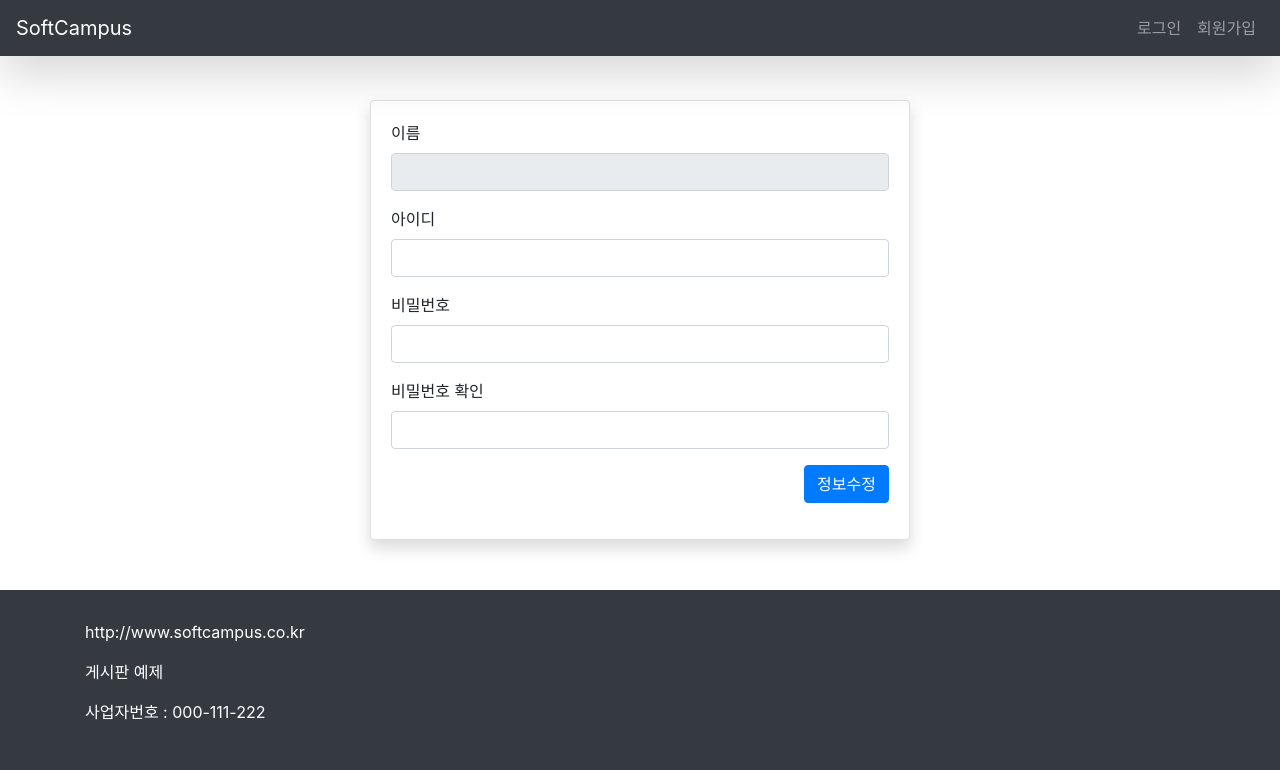
Repository: Wunhyeon/SpringMVC
Page: http://localhost/MiniProjectJava/WEB-INF/views/user/modify.jsp
The author's editor kept a copy of each file at every save. The page is drawn from the files as they stood at one save, then again after the next save.
The browser window is 1280 px wide. The pictures show the whole page.
The page is served by Tomcat 9. Nobody is signed in. The template is opened directly, without the code that normally fills it, so the values that code supplies are empty.

Above is the page before, as saved 2020-09-06 23:31:17.

After the next save:
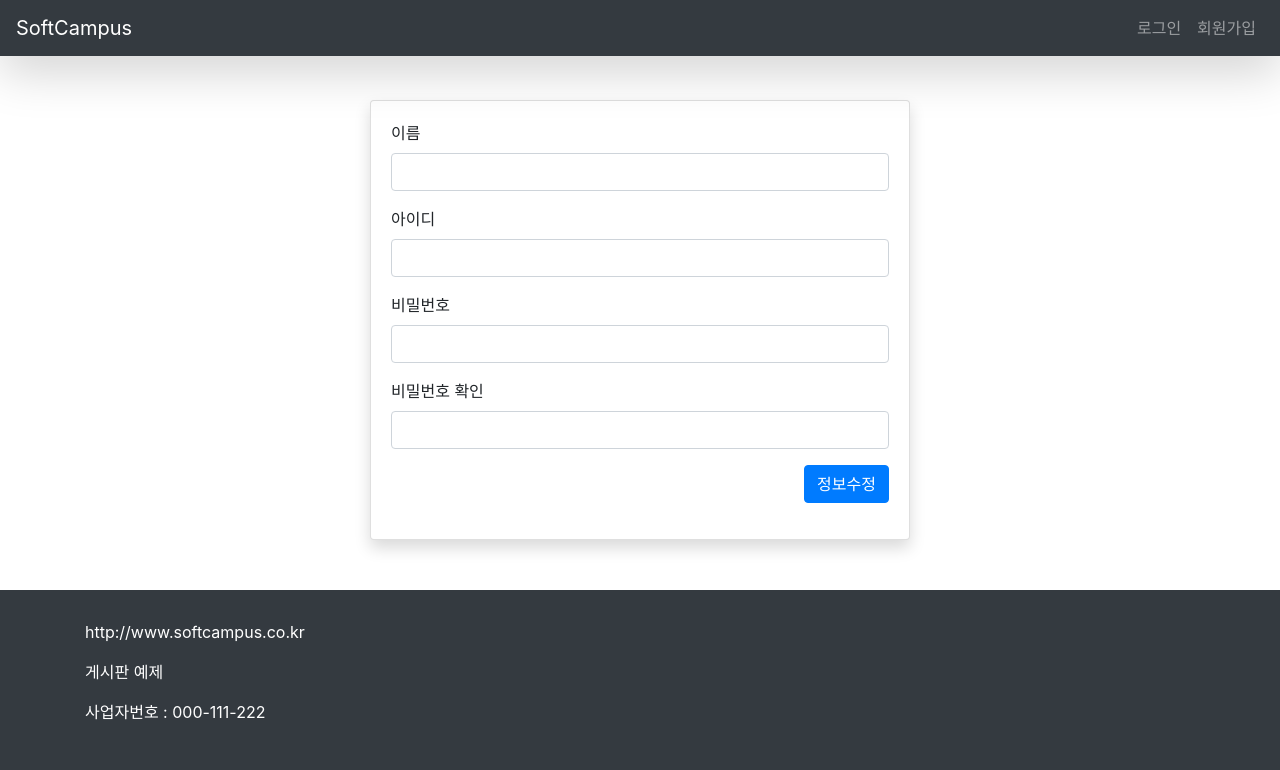
Saved 5 min 37 s later.
--- a/MiniProjectJava/WebContent/WEB-INF/views/user/modify.jsp
+++ b/MiniProjectJava/WebContent/WEB-INF/views/user/modify.jsp
@@ -32,11 +32,11 @@
 					<form:form action="${root }user/modify_pro" method="post" modelAttribute="modifyUserBean">
 						<div class="form-group">
 							<form:label path="user_name">이름</form:label>
-							<form:input path="user_name" class="form-control" disabled="true"/>
+							<form:input path="user_name" class="form-control" />
 						</div>
 						<div class="form-group">
 							<form:label path="user_id">아이디</form:label>
-							<form:input path="user_id" class="form-control" disable="true"/>
+							<form:input path="user_id" class="form-control" />
 						</div>
 						<div class="form-group">
 							<form:label path="user_pw">비밀번호</form:label>
